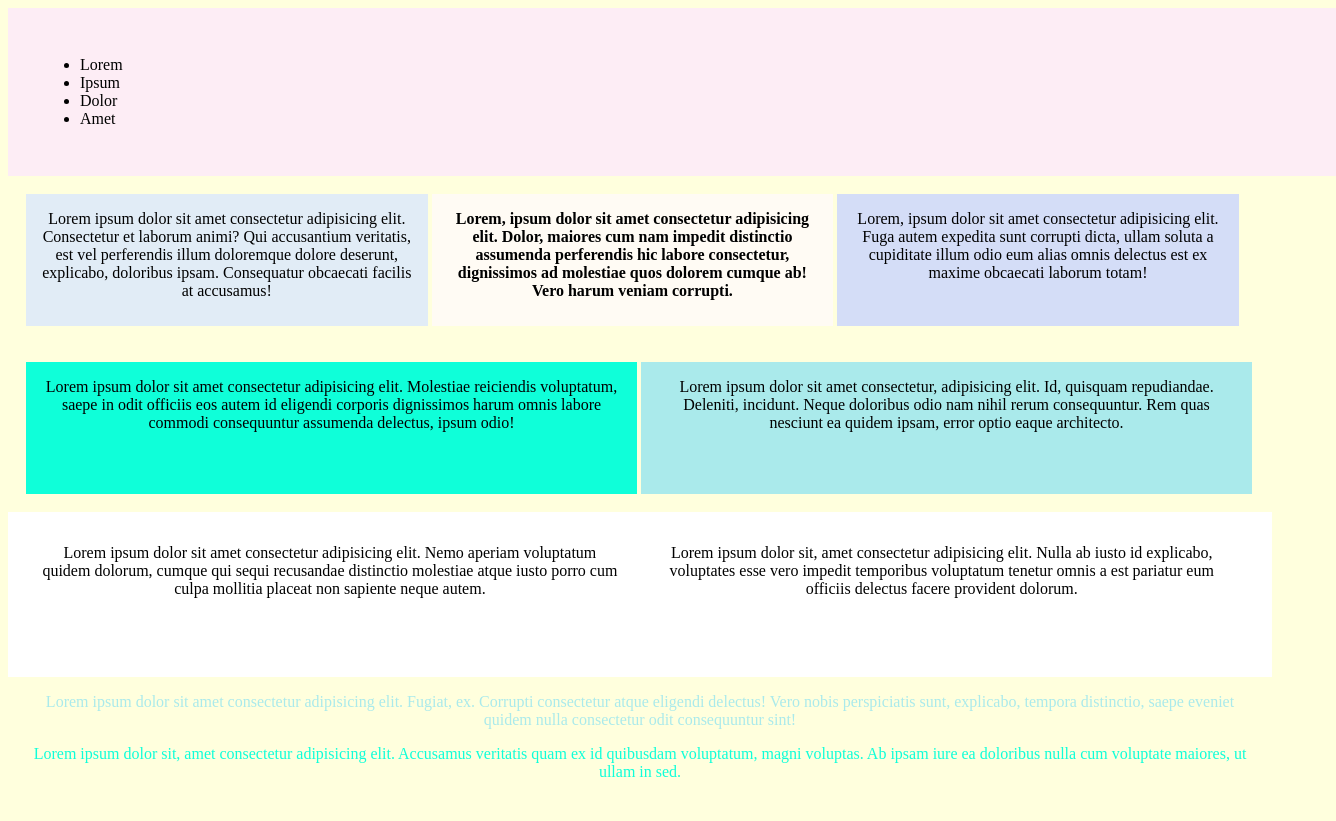
Repository: HTML-a-CSS-2/projekt-portfolio-Angelina555555
Page: .github/index.html
These files come from the project's save history. The page is drawn as it stood at one moment and after the next save; the edit follows.
The browser window is 1280 px wide. The page is 1336 px wide, so the pictures cover 1336 px, including what lies to the right of the window. The pictures show the whole page.

Above is the page before, as saved 2022-05-13 23:44:42.

After the next save:
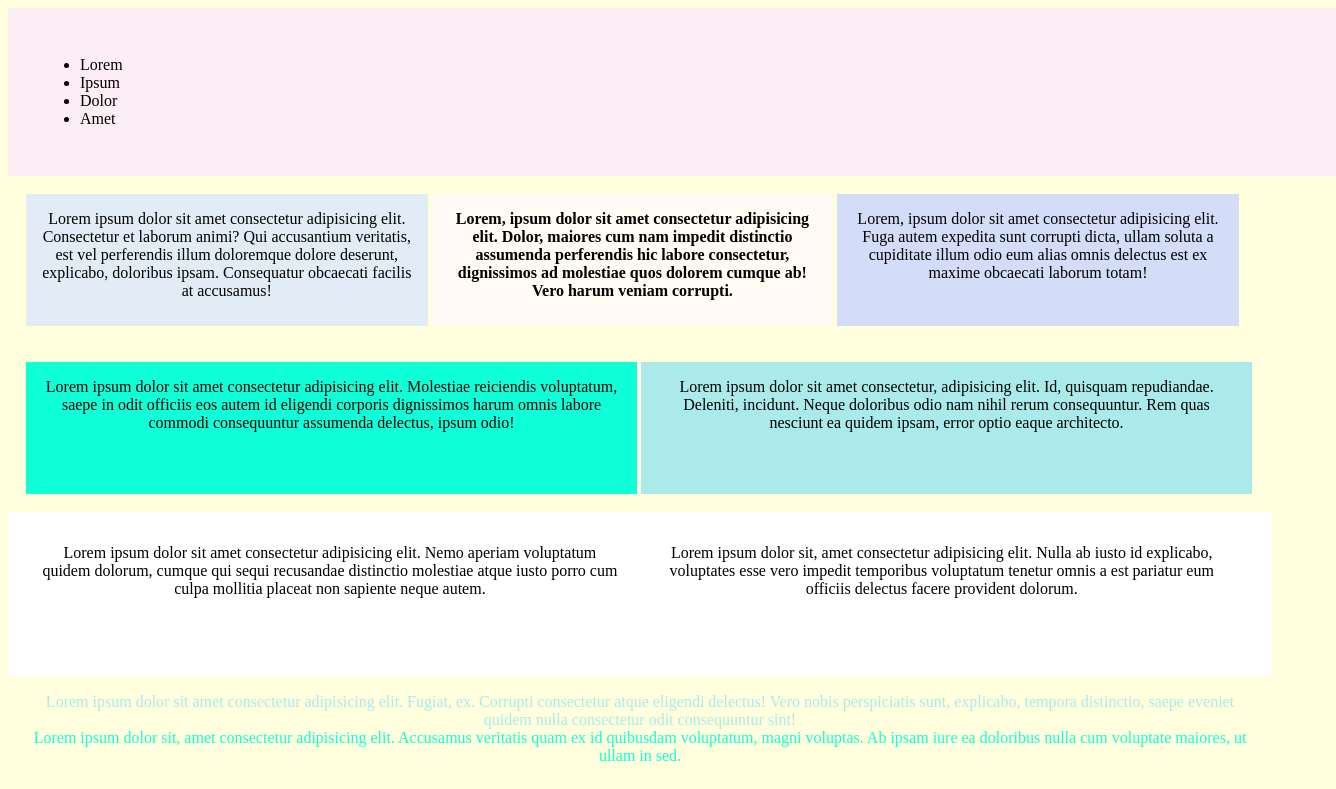
Saved 18 h 50 min later.
--- a/.github/index.html
+++ b/.github/index.html
@@ -17,7 +17,7 @@
         <li>Amet</li>
       </ul>
     </div>
-
+    <div class="container"></div>
     <div class="article">
       <div class="article__element-jeden article__element-jeden--blue">
         Lorem ipsum dolor sit amet consectetur adipisicing elit. Consectetur et
@@ -71,12 +71,12 @@
         sunt, explicabo, tempora distinctio, saepe eveniet quidem nulla
         consectetur odit consequuntur sint!
       </div>
-      <p class="blok-posledni__element-devet--green">
+      <div class="blok-posledni__element-devet--green">
         Lorem ipsum dolor sit, amet consectetur adipisicing elit. Accusamus
         veritatis quam ex id quibusdam voluptatum, magni voluptas. Ab ipsam iure
         ea doloribus nulla cum voluptate maiores, ut ullam in sed.
       </div>
     </div>
-
+  </div>
   </body>
 </html>
